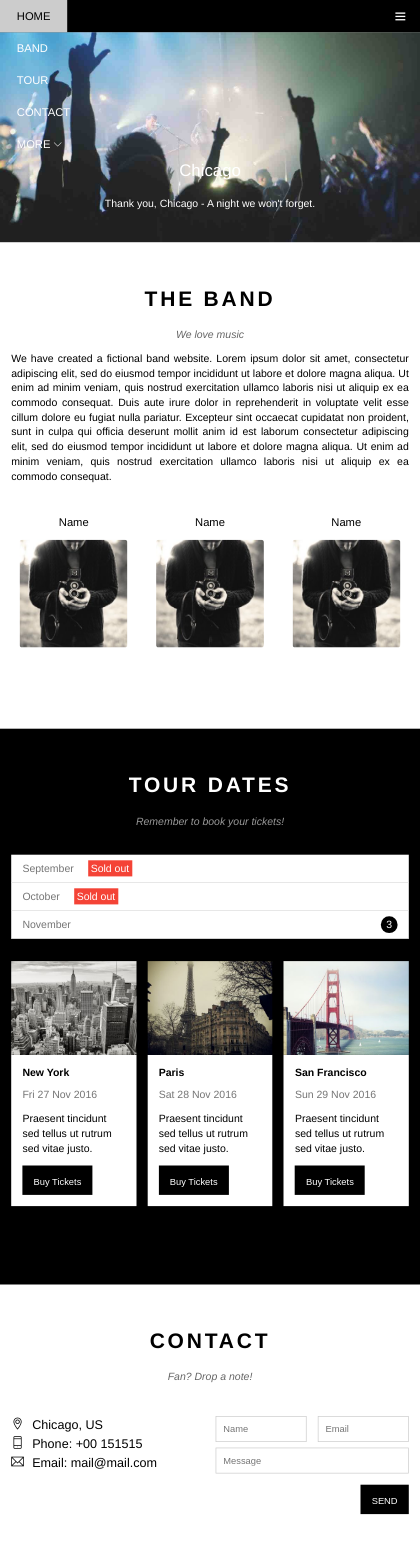
Repository: phongngotrong/w3school_reup
Page: index.html
An editor plug-in stored every save of this project. The page is shown before and after the next save, followed by the edit.
The browser window is 600 px wide. The pictures show the part of the page from y = 0 to 2240 px (the page is 2801 px tall), at 70% of full size.

Above is the page before, as saved 2022-02-13 15:11:59.

### index.html
<!DOCTYPE html>
<html lang="en">
  <head>
    <meta charset="UTF-8" />
    <meta http-equiv="X-UA-Compatible" content="IE=edge" />
    <meta name="viewport" content="width=device-width, initial-scale=1.0" />
    <title>W3.CSS Template</title>
    <link rel="icon" href="https://play-lh.googleusercontent.com/i-ij7KM2pFUUpFE31QAUDXg5mzGFNbm16S4tjmg2ZyuhCGLgNJ8oXJRbq7ysh6LoZg" type="image/x-icon" />
    <link rel="stylesheet" href="./assets/css/style.css" />
    <link rel="stylesheet" href="./assets/css/responsive.css" />
    <link rel="stylesheet" href="./assets/fonts/themify-icons/themify-icons.css">
  </head>
  <body>
    <div id="main">
      <div id="header">
        <!--Begin: Nav-->
        <ul id="nav">
          <li><a href="#">Home</a></li>
          <li><a href="#band">Band</a></li>
          <li><a href="#tour">Tour</a></li>
          <li><a href="#contact">Contact</a></li>
          <li>
            <a href="#">
              More
              <i class="nav-arrow-down ti-angle-down"></i>
            </a>
            <ul class="subnav">
              <ul>
                <li><a href="#">Merchandise</a></li>
                <li><a href="#">Extras</a></li>
                <li><a href="#">Media</a></li>
              </ul>
            </ul>
          </li>
        </ul>
        <!--End: Nav-->

        <!--Begin: Search-->
        <div class="search-btn">
          <i class="search-icon ti-search"></i>
        </div>

        <div id="mobile-menu" class="mobile-menu-btn">
          <i class="menu-icon ti-menu"></i>
        </div>
        <!--End: Search-->
      </div>

      <div id="slider">
        <div class="text-content">
          <h2 class="text-heading">Chicago</h2>
          <div class="text-description">
            Thank you, Chicago - A night we won't forget.
          </div>
        </div>
      </div>

      <div id="content">
        <!--content section-->
        <div id="band" class="content-section">
          <h2 class="section-heading">THE BAND</h2>
          <p class="section-sub-heading">We love music</p>
          <p class="about-text">
            We have created a fictional band website. Lorem ipsum dolor sit
            amet, consectetur adipiscing elit, sed do eiusmod tempor incididunt
            ut labore et dolore magna aliqua. Ut enim ad minim veniam, quis
            nostrud exercitation ullamco laboris nisi ut aliquip ex ea commodo
            consequat. Duis aute irure dolor in reprehenderit in voluptate velit
            esse cillum dolore eu fugiat nulla pariatur. Excepteur sint occaecat
            cupidatat non proident, sunt in culpa qui officia deserunt mollit
            anim id est laborum consectetur adipiscing elit, sed do eiusmod
            tempor incididunt ut labore et dolore magna aliqua. Ut enim ad minim
            veniam, quis nostrud exercitation ullamco laboris nisi ut aliquip ex
            ea commodo consequat.
          </p>
          <div class="row list-member">
            <!--member1-->
            <div class="col col-third text-center">
              <p class="member-name">Name</p>
              <img
                src="./assets/img/member.jpg"
                alt="Name"
                class="avt-member"
              />
            </div>

            <!--member2-->
            <div class="col col-third text-center">
              <div class="member-name">Name</div>
              <img
                src="./assets/img/member.jpg"
                alt="Name"
                class="avt-member"
              />
            </div>
            <!--member3-->

            <div class="col col-third text-center">
              <div class="member-name">Name</div>
              <img
                src="./assets/img/member.jpg"
                alt="Name"
                class="avt-member"
              />
            </div>
            <!-- <div class="clear"></div> -->
          </div>
        </div>
        <!--tour section-->
        <div id="tour" class="tour-section">
          <div class="content-section">
            <h2 class="section-heading text-white">TOUR DATES</h2>
            <p class="section-sub-heading text-white">
              Remember to book your tickets!
            </p>
            <!-- tickets -->
            <ul class="tickets-list">
              <li>September <span class="sold-out">Sold out</span></li>
              <li>October <span class="sold-out">Sold out</span></li>
              <li>November <span class="quantity">3</span></li>
            </ul>
            <div class="row places-list">
              <!-- place1 -->
              <div class="col col-third">
                <img
                  src="./assets/img/newyork.jpg"
                  alt="New York"
                  class="place-img"
                />
                <div class="places-body">
                  <h3 class="places-heading">New York</h3>
                  <p class="places-time">Fri 27 Nov 2016</p>
                  <p class="place-description">
                    Praesent tincidunt sed tellus ut rutrum sed vitae justo.
                  </p>
                  <button class="btn js-buy-ticket">Buy Tickets</button>
                </div>
              </div>
              <!-- place2 -->

              <div class="col col-third">
                <img
                  src="./assets/img/paris.jpg"
                  alt="New York"
                  class="place-img"
                />
                <div class="places-body">
                  <h3 class="places-heading">Paris</h3>
                  <p class="places-time">Sat 28 Nov 2016</p>
                  <p class="place-description">
                    Praesent tincidunt sed tellus ut rutrum sed vitae justo.
                  </p>
                  <button class="btn js-buy-ticket">Buy Tickets</button>
                </div>
              </div>
              <!-- place3 -->

              <div class="col col-third">
                <img
                  src="./assets/img/sanfran.jpg"
                  alt="New York"
                  class="place-img"
                />
                <div class="places-body">
                  <h3 class="places-heading">San Francisco</h3>
                  <p class="places-time">Sun 29 Nov 2016</p>
                  <p class="place-description">
                    Praesent tincidunt sed tellus ut rutrum sed vitae justo.
                  </p>
                  <button class="btn js-buy-ticket">Buy Tickets</button>
                </div>
              </div>
              <!-- <div class="clear"></div> -->
            </div>
          </div>
        </div>

        <!-- Begin: contact section-->
        <div id="contact" class="content-section">
          <h2 class="section-heading">CONTACT</h2>
          <p class="section-sub-heading">Fan? Drop a note!</p>

          <div class="row contact-content">
            <div class="col col-half contact-info">
              <p><i class="ti-location-pin"></i>Chicago, US</p>
              <p><i class="ti-mobile"></i>Phone: +00 151515</p>
              <p><i class="ti-email"></i>Email: mail@mail.com</p>
            </div>
            <div class="col col-half contact-form">
              <form action="">
                <div class="row">
                  <div class="col col-half">
                      <input type="text" name="" required placeholder="Name" id="" class="form-control">
                  </div>
                  <div class="col col-half">
                    <input type="email" name="" required placeholder="Email" id="" class="form-control">
                </div>
                </div>
                <div class="row mt-8">
                  <div class="col col-full">
                    <input type="text" name="" required placeholder="Message" id="" class="form-control">
                </div>
                </div>
                <input class="btn pull-right mt-16" type="submit" value="SEND">
              </form>
            </div>
          </div>
        </div>
        <!-- End: contact section-->
        <div class="map-section">
          <img src="./assets/img/map.jpg" alt="Map">
        </div>
      </div>

      <div id="footer">
        <div class="social-list">
          <a href=""><i class="ti-facebook"></i></a>
          <a href=""><i class="ti-instagram"></i></a>
          <a href=""><i class="ti-github"></i></a>
          <a href=""><i class="ti-pinterest"></i></a>
          <a href=""><i class="ti-twitter-alt"></i></a>
          <a href=""><i class="ti-linkedin"></i></a>
        </div>
        <div class="Copyright">Powered by <a href="">w3.css</a></div>
      </div>
    </div>

    <div class="modal js-modal">
      <div class="modal-container js-modal-container">
        <div class="modal-close js-modal-close">
          <i class="ti-close"></i>
        </div>
        <header class="modal-header">
          <i class="icon-ti-bag-header ti-bag"></i>
          Tickets
        </header>

        <div class="modal-body">
          <label for="tickets-quantity" class="modal-label">
            <i class="ti-shopping-cart"></i>
            Tickets, $15 per person
          </label>
          <input
            id="tickets-quantity"
            type="text"
            class="modal-input"
            placeholder="How many?"
          />

          <label for="tickets-email" class="modal-label">
            <i class="ti-user"></i>
            Send To
          </label>
          <input
            id="tickets-email"
            type="email"
            class="modal-input"
            placeholder="Enter email "
          />

          <button id="buy-tickets">
            PAY<i class="icon-ti-check-footer ti-check"></i>
          </button>
        </div>

        <footer class="modal-footer">
          <p class="modal-help">Need <a href="">help?</a></p>
        </footer>
      </div>
    </div>

    <script>
      const buyBtns = document.querySelectorAll('.js-buy-ticket')
      const modal = document.querySelector('.js-modal')
      const modalContainer = document.querySelector('.js-modal-container')
      const modalClose = document.querySelector('.js-modal-close')

      // hàm hiển thị modal mua vé(thêm class open vào modal)
      function showBuyTickets() {
        modal.classList.add('open')
      }

      // hàm ẩn modal mua vé(gỡ bỏ class open của modal)
      function hideBuyTickets() {
        modal.classList.remove('open')
      }

      // lặp qua từng thẻ button và nghe hành vi click
      for(const buyBtn of buyBtns) {
        buyBtn.addEventListener('click', showBuyTickets)
      }

      // nghe hành vi click vào button close
      modalClose.addEventListener('click', hideBuyTickets)

      modal.addEventListener('click', hideBuyTickets)

      modalContainer.addEventListener('click', function(event){
        event.stopPropagation()
      })

    </script>

    <script>
      var header = document.getElementById('header');
      var mobileMenu = document.getElementById('mobile-menu');
      var headerHeight = header.clientHeight;

      // Đóng/mở mobile menu
      mobileMenu.onclick = function() {
        var isClosed = header.clientHeight === headerHeight;
        if(isClosed) {
          header.style.height = 'auto';
        } else {
          header.style.height = null;
        }
      }

      // Tự động đóng khi chọn menu
      var menuItems = document.querySelectorAll('#nav li a[href*="#"]');
      for(var i=0; i<menuItems.length; i++) {
        var menuItem = menuItems[i];

        console.log(menuItem);

        menuItem.onclick = function(event) {
          var isParentMenu = this.nextElementSibling && this.nextElementSibling.classList.contains('subnav');
          if(isParentMenu) {
            event.preventDefault();
          }else {
            header.style.height = null;
          }
        }
      }

    </script>
  </body>
</html>

### assets/css/style.css
/* Reset CSS */

* {
  padding: 0;
  margin: 0;
  box-sizing: border-box;
}

html {
  font-family: Helvetica, Arial, sans-serif;
  scroll-behavior: smooth;
}
/*
  -Từ trên xuống dưới
  -Từ ngoài vào trong
  -Tổng quan đến chi tiết
  */

/*
  1. Vi tri
  2. Kich thuoc
  3. Mau sac
  4. Kieu dang (kieu chu, hinh tron, vuong...)
  */

/* Common */
.text-center {
  text-align: center !important;
}

.row {
  margin-left: -8px;
  margin-right: -8px;
}

/* Tạo element giả */
.row::after {
  content: "";
  display: block;
  clear: both;
}
/*.................*/

.col {
  float: left;
  padding-left: 8px;
  padding-right: 8px;
}

.col-full {
  width: 100%;
}

.col-half {
  width: 50%;
}

.col-third {
  width: 33.33333%;
}

.pull-right {
  float: right;
}

.btn {
  background-color: #000;
  color: #fff;
  text-decoration: none;
  display: inline-block;
  padding: 11px 16px;
  margin-top: 15px;
  padding-top: 16px;
  cursor: pointer;
  border: none;
}

.btn:hover {
  background-color: #ccc;
  color: #000;
}

.mt-8 {
  margin-top: 8px !important;
}

.mt-16 {
  margin-top: 16px !important;
}

.clear {
  clear: both;
}

/* .row::after {
    clear: both;
    display: block;
    content: "";
  } */

.text-white {
  color: #fff !important;
}

/* Main */
#main {
}

#header {
  position: fixed;
  top: 0;
  left: 0;
  right: 0;
  height: 46px;
  background-color: #000;
  z-index: 1;
}

#nav {
  display: inline-block;
}

li {
  list-style-type: none;
}

#nav > li {
  display: inline-block;
}

#nav li {
  position: relative;
}

#nav > li > a {
  color: #fff;
  text-transform: uppercase;
}

#nav li a {
  text-decoration: none;
  line-height: 46px;
  padding: 0 24px;
  display: block;
}

#nav li:hover .subnav {
  display: block;
}

#nav > li:hover > a,
#nav .subnav li:hover a {
  color: #000;
  background-color: #ccc;
}

#nav .subnav {
  display: none;
  min-width: 160px;
  position: absolute;
  background-color: #fff;
  box-shadow: 0 0 10px rgba(0, 0, 0, 0.3);
}

#nav .subnav a {
  color: #000;
  padding: 0 12px;
  line-height: 38px;
}

#nav .nav-arrow-down {
  font-size: 12px;
}

#header .mobile-menu-btn {
  position: absolute;
  top: 0;
  right: 0;
  display: none;
}

#header .mobile-menu-btn,
#header .search-btn {
  float: right;
  padding: 0 20px;
}

#header .mobile-menu-btn .menu-icon {
  font-size: 16px;
}

#header .mobile-menu-btn:hover {
  background-color: #ccc;
}

#header .mobile-menu-btn:hover .menu-icon {
  color: #000;
}

#header .search-btn:hover {
  cursor: pointer;
  background-color: #f44336;
}

#header .menu-icon,
#header .search-icon {
  color: #fff;
  font-size: 20px;
  line-height: 46px;
}

#slider {
  position: relative;
  margin-top: 46px;
  padding-top: 50%;
  background: url("../img/slider.jpg") top center / cover no-repeat;
}

#slider .text-content {
  position: absolute;
  bottom: 47px;
  color: #fff;
  width: 100%;
  text-align: center;
}

#slider .text-heading {
  font-weight: 500;
  font-size: 24px;
}

#slider .text-description {
  font-size: 15px;
  margin-top: 25px;
}

#content {
}

#content .content-section {
  width: 800px;
  max-width: 100%;
  padding: 64px 0 112px;
  margin-right: auto;
  margin-left: auto;
  padding-left: 16px;
  padding-right: 16px;
}

#content .section-heading {
  text-align: center;
  font-size: 30px;
  letter-spacing: 4px;
}

#content .section-sub-heading {
  font-size: 15px;
  text-align: center;
  margin-top: 25px;
  font-style: italic;
  opacity: 0.6;
}

#content .about-text {
  font-size: 15px;
  margin-top: 15px;
  text-align: justify;
  line-height: 1.4;
}

#content .member-name {
  font-size: 16px;
}

#content .list-member {
  margin-top: 48px;
  /* margin-bottom: 48px;
    overflow: hidden;  */
}

/* #content .item-member {
    float: left;
    width: 33.33333%;
    text-align: center;
  } */

#content .avt-member {
  margin-top: 15px;
  width: 154px;
  border-radius: 4px;
}

/* tour section */
.tour-section {
  background-color: #000;
}
.tickets-list {
  background-color: #fff;
  margin-top: 40px;
  list-style: none;
}

.tickets-list li {
  color: #757575;
  font-size: 15px;
  padding: 11px 16px;
  border-bottom: 1px solid #ddd;
}

.tickets-list .sold-out {
  background-color: #f44336;
  color: #fff;
  padding: 3px 4px;
  margin-left: 16px;
}

.tickets-list .quantity {
  float: right;
  width: 24px;
  height: 24px;
  background-color: #000;
  color: #fff;
  border-radius: 50%;
  line-height: 24px;
  text-align: center;
  margin-top: -3px;
}

/* Places */
.places-list {
  margin-top: 32px;
}

/* .places-item {
    float: left;
    width: 33.33333%;
    padding: 0 8px;
  } */

.place-img {
  width: 100%;
  display: block;
}

.place-img:hover {
  opacity: 0.6;
}

.places-body {
  padding: 16px;
  font-size: 15px;
  background-color: #fff;
}

.places-heading {
  font-size: 15px;
}

.places-time {
  padding-top: 15px;
  color: #757575;
}

.place-description {
  padding-top: 15px;
  line-height: 1.4;
}

.modal {
  position: fixed;
  top: 0;
  bottom: 0;
  right: 0;
  left: 0;
  background-color: rgba(0, 0, 0, 0.4);
  display: none;
  align-items: center;
  justify-content: center;
}

.modal.open {
  display: flex;
}

.modal-container {
  background-color: #fff;
  width: 900px;
  min-height: 200px;
  position: relative;
  max-width: calc(100% -32px);
  animation: modalFadeIn ease 0.4s;
}

.modal-header {
  background-color: #009688;
  color: #fff;
  height: 130px;
  font-size: 30px;
  display: flex;
  align-items: center;
  justify-content: center;
  letter-spacing: 4px;
}

.modal-close:hover {
  background-color: #ccc;
  color: #000;
}

.modal-close {
  position: absolute;
  right: 0;
  top: 0;
  padding: 16px;
  font-size: 12px;
  color: #fff;
  cursor: pointer;
}

.icon-ti-bag-header {
  margin-right: 16px;
}

.modal-body {
  padding: 16px;
}

.modal-label {
  display: block;
  font-size: 15px;
  margin-bottom: 12px;
}

.modal-input {
  border: 1px solid #ccc;
  width: 100%;
  padding: 10px;
  font-size: 15px;
  margin-bottom: 24px;
}

#buy-tickets:hover {
  background-color: #ccc;
  color: #000;
}

#buy-tickets {
  background-color: #009688;
  width: 100%;
  padding: 18px;
  color: #fff;
  border: none;
  text-transform: uppercase;
  font-size: 15px;
  cursor: pointer;
}

.modal-footer {
  padding: 16px;
  text-align: right;
}

.modal-footer a {
  color: #2196f3;
}

/* Contact */
.contact-content {
  margin-top: 48px;
}

.contact-info {
  font-size: 18px;
  line-height: 1.5;
}

.contact-info i[class*="ti-"] {
  width: 30px;
  display: inline-block;
}

.contact-form {
  font-size: 15px;
}

.contact-form .form-control {
  padding: 10px;
  border: 1px solid #ccc;
  width: 100%;
}

/* .contact-form .form-submit-btn {
  background: #000;
  color: #fff;
  border: 1px solid #000;
  padding: 10px 16px;
  float: right;
} */

/* .form-submit-btn:hover {
  background: #ccc;
  color: #000;
  border: none;
  cursor: pointer;
} */

/* Map section */
.map-section img {
  width: 100%;
  filter: grayscale(50%);
}

/* footer section */

#footer {
  padding: 64px 16px;
  text-align: center;
}

#footer .social-list {
  font-size: 20px;
}

#footer .Copyright {
  font-size: 15px;
  margin-top: 15px;
  color: rgba(0, 0, 0, 0.6);
}

#footer .Copyright a {
  color: rgba(0, 0, 0, 0.6);
}

#footer .social-list a {
  color: rgba(0, 0, 0, 0.6);
  text-decoration: none;
}

#footer .social-list a:hover {
  color: rgba(0, 0, 0, 0.4);
}

/* Tạo hoạt ảnh  */
@keyframes modalFadeIn {
  from {
    opacity: 0;
    transform: translateY(-140px);
  }
  to {
    opacity: 1;
    transform: translateY(0);
  }
}

### assets/css/responsive.css
/* Tablet: width >= 740px and < 1024px */
@media only screen and (min-width: 46.25em) and (max-width: 63.9375em) {
}

/* PC: width >= 1024px */
@media only screen and (min-width: 64em) {
}

/* Mobile: width < 740px */
@media only screen and (max-width: 46.1875em) {
  #nav {
    display: block;
  }

  #nav > li {
    display: block;
  }

  #nav > li:first-child {
    display: inline-block;
  }

  #header .search-btn {
    display: none;
  }

  #header .mobile-menu-btn {
    display: block;
  }
}

Loaded but not shown: assets/fonts/themify-icons/themify-icons.css (common file)

After the next save:
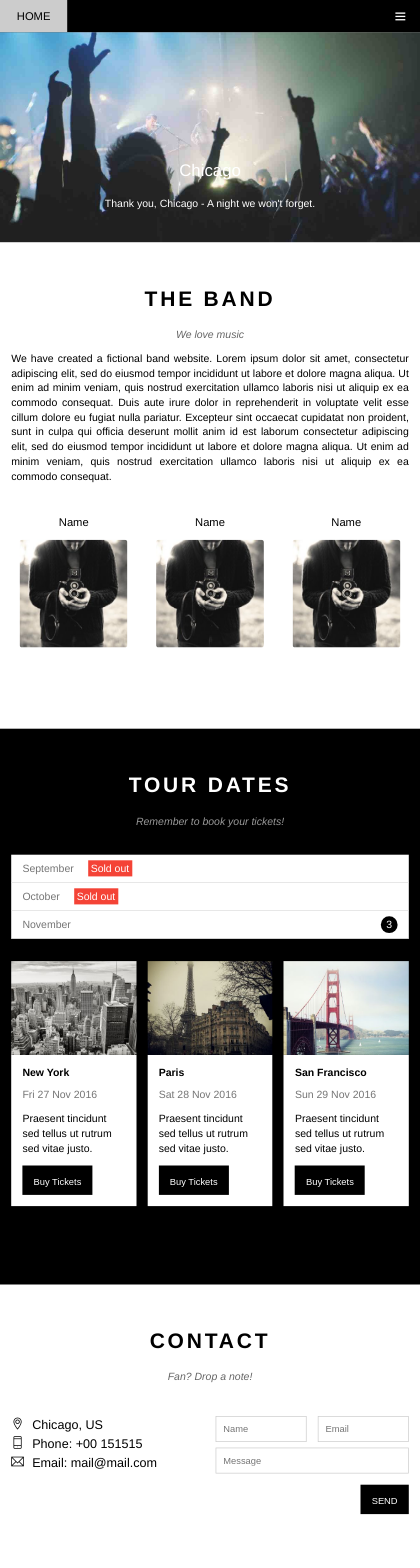
Saved 2 min 43 s later.
--- a/assets/css/responsive.css
+++ b/assets/css/responsive.css
@@ -20,6 +20,10 @@
     display: inline-block;
   }
 
+  #header {
+    overflow: hidden;
+  }
+
   #header .search-btn {
     display: none;
   }
